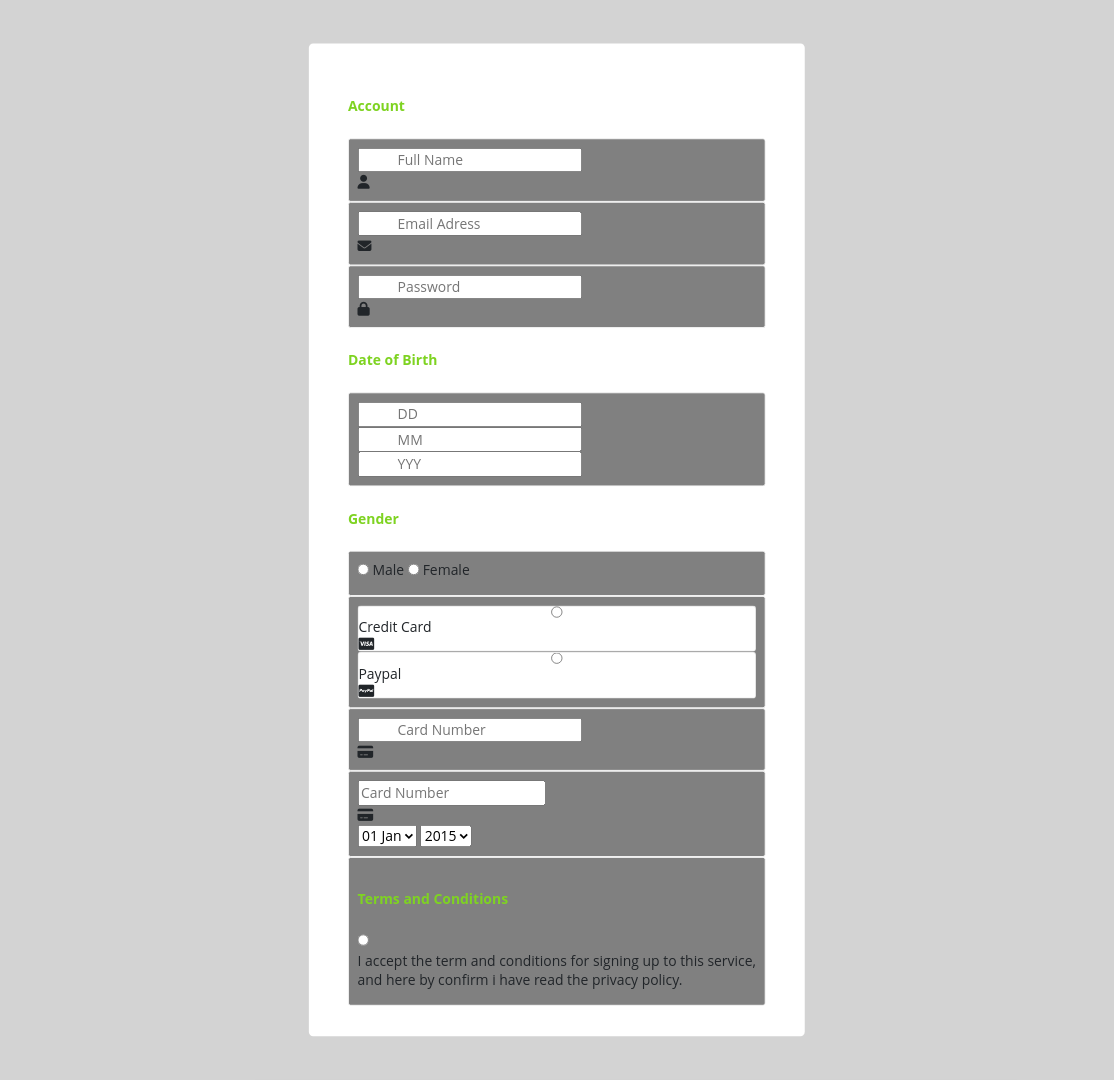
Repository: letrongtinh27/LapTrinhWeb
Page: Payment/index.html
An editor plug-in stored every save of this project. The page is shown before and after the next save, followed by the edit.
The browser window is 1280 px wide. The pictures show the whole page, at 87% of full size.

Above is the page before, as saved 2022-10-11 20:31:09.

### Payment/index.html
<!DOCTYPE html>
<html lang="en">
<head>
    <meta charset="UTF-8">
    <meta http-equiv="X-UA-Compatible" content="IE=edge">
    <meta name="viewport" content="width=device-width, initial-scale=1.0">
    <title>Document</title>
    <link rel="stylesheet" href="./reset.css">
    <link rel="stylesheet" href="./style.css">
    <link rel="stylesheet" href="https://cdn.jsdelivr.net/npm/bootstrap@4.3.1/dist/css/bootstrap.min.css" integrity="sha384-ggOyR0iXCbMQv3Xipma34MD+dH/1fQ784/j6cY/iJTQUOhcWr7x9JvoRxT2MZw1T" crossorigin="anonymous">
    <link rel="stylesheet" href="https://cdnjs.cloudflare.com/ajax/libs/font-awesome/6.2.0/css/all.min.css" integrity="sha512-xh6O/CkQoPOWDdYTDqeRdPCVd1SpvCA9XXcUnZS2FmJNp1coAFzvtCN9BmamE+4aHK8yyUHUSCcJHgXloTyT2A==" crossorigin="anonymous" referrerpolicy="no-referrer" />
</head>
<body>
    <div class="payment">
        <form action="#" class="form-payment">
            <h4 class="title">Account</h4>
            <div class="form-group">
            <div class="form-item">
                <input type="text" placeholder="Full Name">
                <div class="icon">
                    <i class="fa-solid fa-user"></i>
                </div>
            </div>
            <div class="form-item">
                <input type="email" placeholder="Email Adress">
                <div class="icon">
                    <i class="fa-solid fa-envelope"></i>
                </div>
            </div>
            <div class="form-item">
                <input type="password" placeholder="Password">
                <div class="icon">
                    <i class="fa-solid fa-lock"></i>
                </div>
            </div>
        </div>
            <div class="form-group2">
                <div class="group-left">
                <h4 class="title">Date of Birth</h4>
                <div class="form-item">
                    <input type="number" placeholder="DD">
                    <input type="number" placeholder="MM">
                    <input type="number" placeholder="YYY">
                </div>
            </div>
            <div class="group-right">
                <h4 class="title">Gender</h4>
                <div class="form-item">
                    <input type="radio" placeholder="DD">
                    <label for="">Male</label>
                    <input type="radio" placeholder="MM">
                    <label for="">Female</label>
                </div>
            </div>
            <div class="form-item">
                <div class="card">
                    <input type="radio"> Credit Card
                    <i class="fa-brands fa-cc-visa"></i>
                </div>
                <div class="card">
                    <input type="radio"> Paypal
                    <i class="fa-brands fa-cc-paypal"></i>
                </div>
                </div>
                <div class="form-item">
                    <input type="text" placeholder="Card Number">
                    <div class="icon">
                        <i class="fa-solid fa-credit-card"></i>
                    </div>
                </div>
                <div class="form-item">
                   <div class="right">
                    <input type="text" placeholder="Card Number">
                    <div class="icon">
                        <i class="fa-solid fa-credit-card"></i>
                    </div>
                   </div>
                   <div class="left">
                    <select name="" id="">
                        <option value="">01 Jan</option>
                        <option value="">02 Jan</option>
                    </select>
                    <select name="" id="">
                        <option value="">2015</option>
                        <option value="">2016</option>
                    </select>
                   </div>
                </div>
                <div class="form-item">
                    <h4 class="title">Terms and Conditions</h4>
                    <input type="radio">
                    <label for="">I accept the term and conditions for signing up to this service, and here by confirm i have read the privacy policy.</label>
                </div>
            </div>
            </div>
        </form>
    </div>
</body>
</html>

### Payment/style.css
/* https://codepen.io/josecarneiro/pen/Kwbapp @import: "libs/base.less"; */
body {
    font-family: 'Open Sans',sans-serif !important;
    background-color: lightgray !important;
}
.payment{
    width: 100%;
    max-width: 570px;
    margin: 50px auto;
    justify-content: center;
    align-items: center;
    display: flex;
    border-radius: 5px;
    background-color: #fff;
    padding: 35px 45px;
}
.form-payment{
    font-family: 'Open Sans',sans-serif;
}
.title{
    color: #7ed321;
    font-size: 16px;
    font-weight: bold;
    line-height: 1.5;
    margin: 25px 0px;
}
.form-group{
    position: relative;
    margin-bottom: 10px;
}
.form-item {
    width: 100%;
    padding: 10px;
    line-height: 1.4;
    border: 1px solid #f9f9f9;
    border-radius: 3px;
    background-color: gray;
}

.form-item > input{
    padding-left: 44px;
}
.icon{

}
.fa-solid{

}
.fa-user{

}
.fa-envelope{

}
.fa-lock{

}
.form-group2{

}
.group-left{

}
.group-right{

}
.card{

}
.fa-brands{

}
.fa-cc-visa{

}
.fa-cc-paypal{

}
.fa-credit-card{

}
.right{

}
.left{

}

Loaded but not shown: Payment/reset.css (common file)

After the next save:
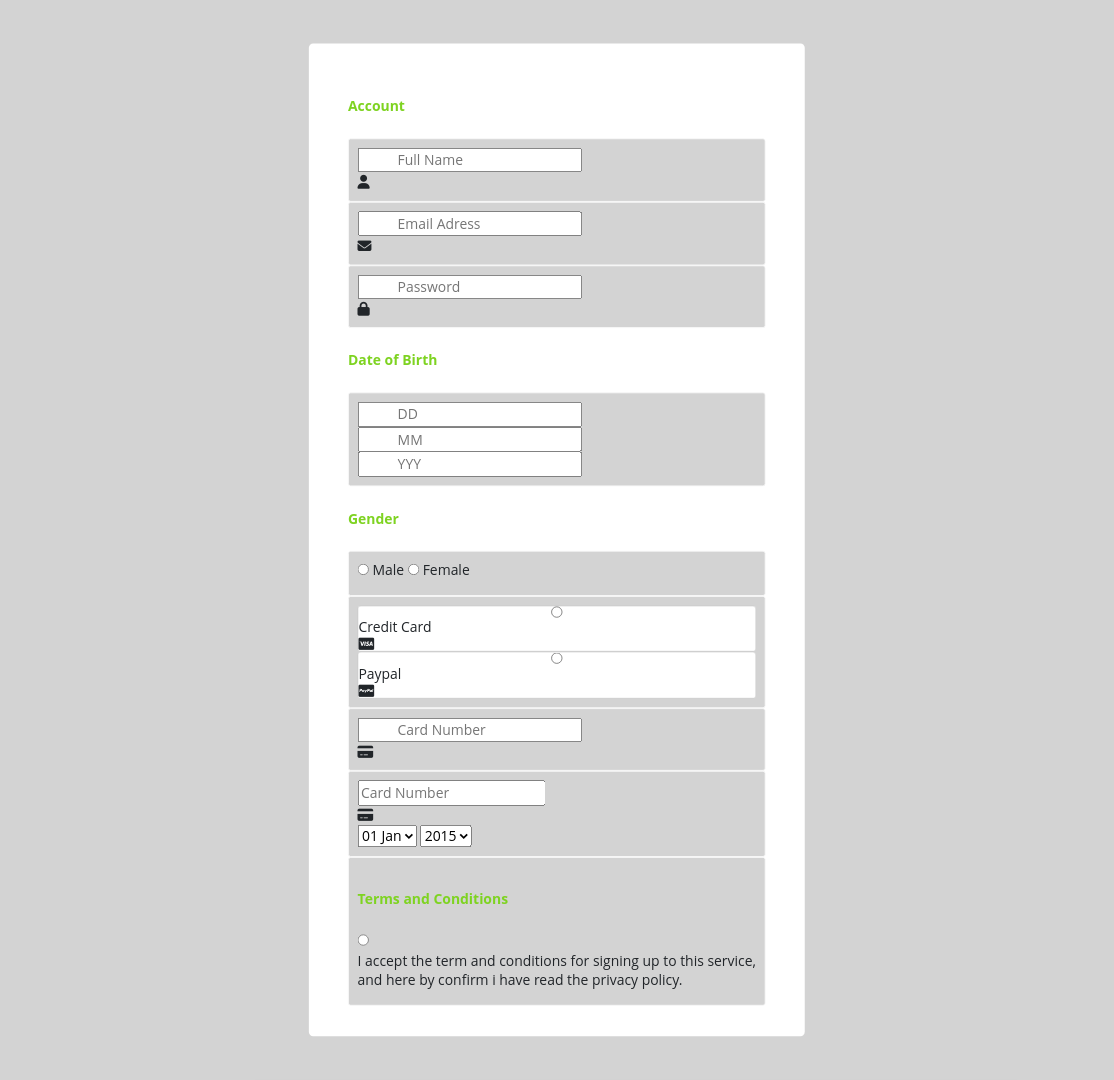
Saved 10 s later.
--- a/Payment/style.css
+++ b/Payment/style.css
@@ -34,7 +34,7 @@ body {
     line-height: 1.4;
     border: 1px solid #f9f9f9;
     border-radius: 3px;
-    background-color: gray;
+    background-color: lightgrey;
 }
 
 .form-item > input{
